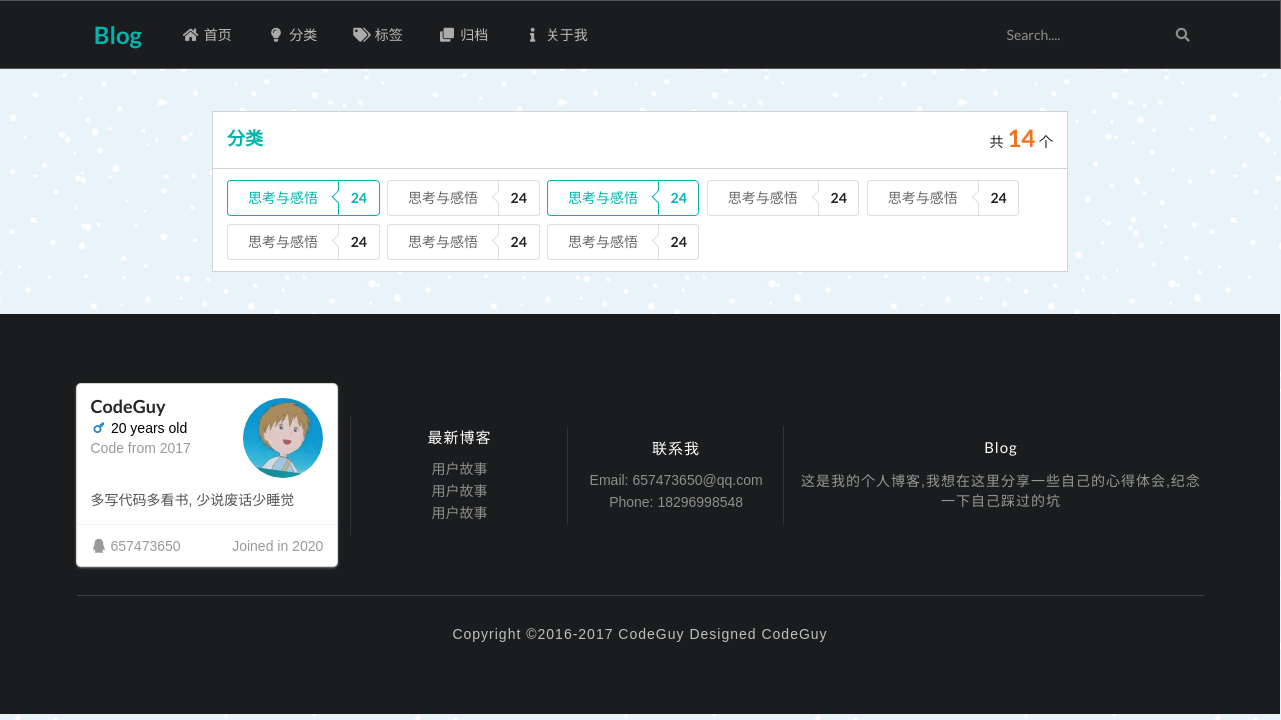
Repository: GOGOHQ/myblog
Page: types.html
These files come from the project's save history. The page is drawn as it stood at one moment and after the next save; the edit follows.
The browser window is 1280 px wide. The page is 1281 px wide, so the pictures cover 1281 px, including what lies to the right of the window. The pictures show the whole page.
Some web libraries are served in a nearby version.

Above is the page before, as saved 2020-01-17 18:52:39.

After the next save:
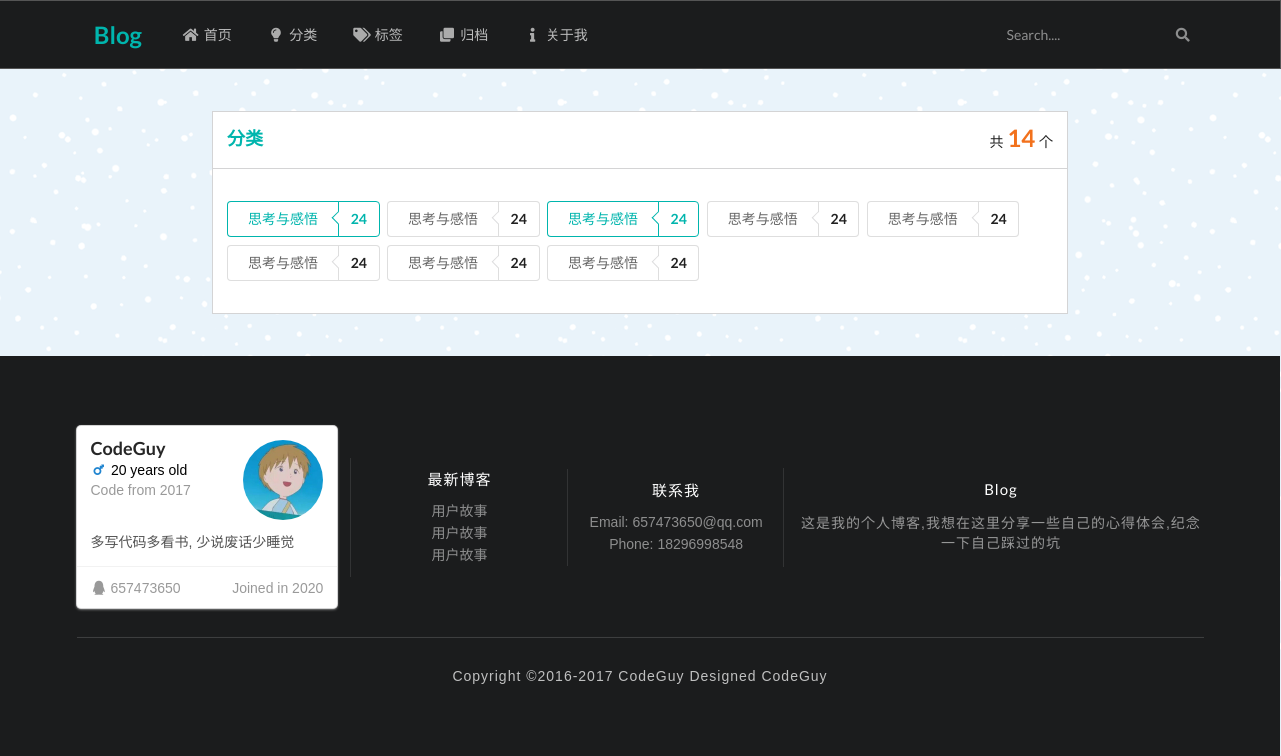
Saved 4 s later.
--- a/types.html
+++ b/types.html
@@ -48,7 +48,7 @@
                 </div>
             </div>
         </div>
-        <div class="ui segment attached m-padded-tb-small">
+        <div class="ui segment attached m-padded-tb-large">
             <div class="ui labeled button m-margin-tb-tiny">
                 <a class="ui basic teal button">思考与感悟</a>
                 <div class="ui basic teal left pointing label">24</div>
